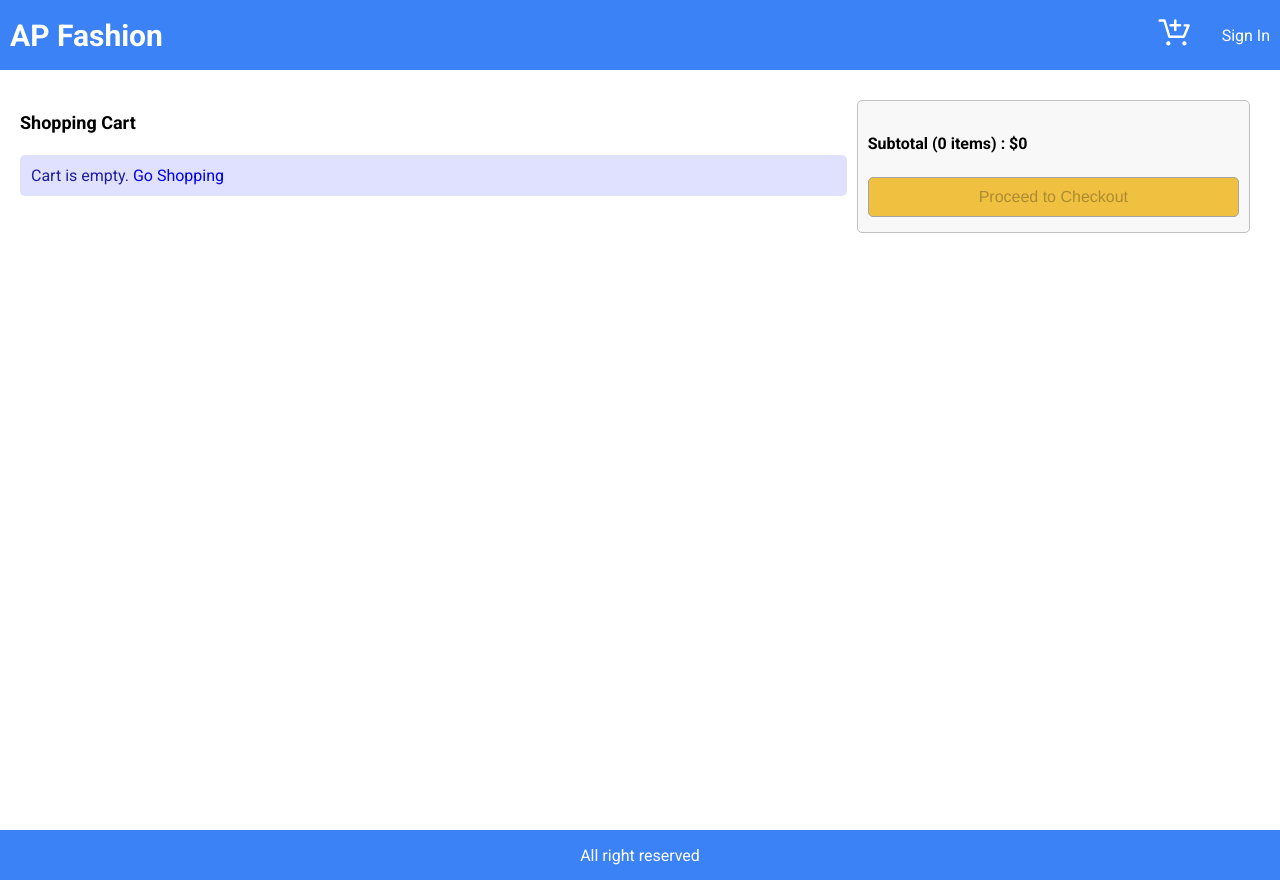
Repository: rexhep/e-commerce
Page: /cart (app in frontend/)
An editor plug-in stored every save of this project. The page is shown before and after the next save, followed by the edit.
The browser window is 1280 px wide. The pictures show the whole page.
The project was rebuilt for these pictures with package versions that can differ from the ones it lists, and the page was loaded fresh each time. Also part of the build but not shown: frontend/src/actions/userActions.js, frontend/src/components/clientHeader/ClientHeader.jsx, frontend/src/components/Rating.js, frontend/src/components/Product.js, frontend/src/components/LoadingBox.js, frontend/src/actions/productActions.js, frontend/src/components/clientHeader/HeaderSlider.jsx, frontend/src/pages/HomePage.js and 21 more.

Above is the page before, as saved 2021-10-13 01:13:53.

After the next save:
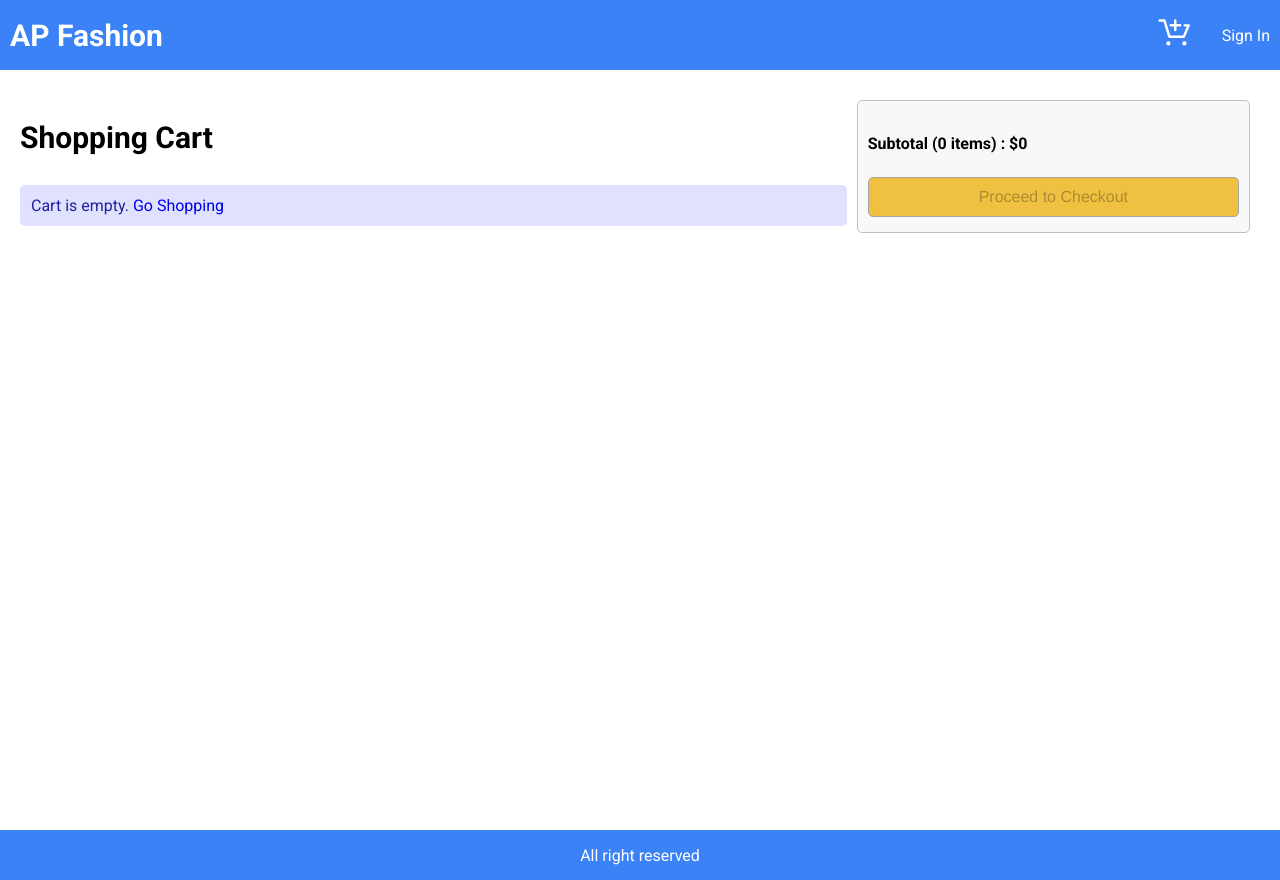
Saved 49 s later.
--- a/frontend/src/pages/CartPage.js
+++ b/frontend/src/pages/CartPage.js
@@ -35,7 +35,7 @@ const useStyles = makeStyles((theme) => {
             flex: 1
         },
         pageTitle: {
-            // fontSize: palette
+            fontSize: theme.typography.h3.fontSize
         }
     });
 });
